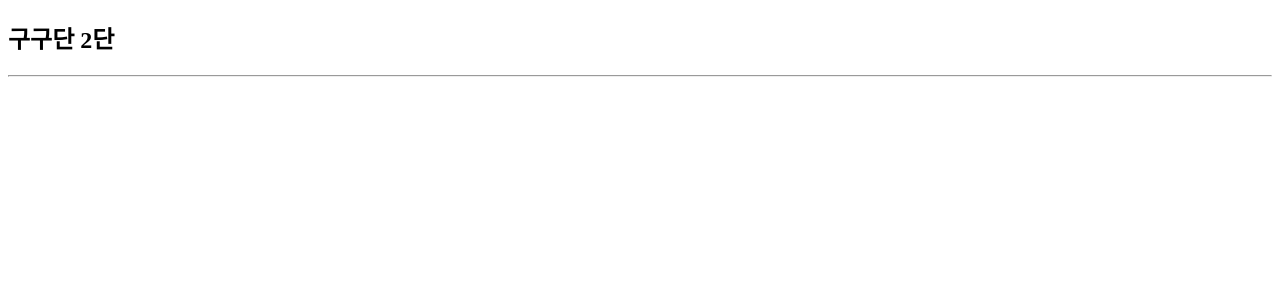
Repository: limbbbyoung/JSP_practice
Page: http://localhost/JSPbasic/jsptag/scriptlet.jsp
These files come from the project's save history. The page is drawn as it stood at one moment and after the next save; the edit follows.
The browser window is 1280 px wide. The pictures show the whole page.
The page is served by Tomcat 9.

Above is the page before, as saved 2022-03-22 11:21:45.

After the next save:
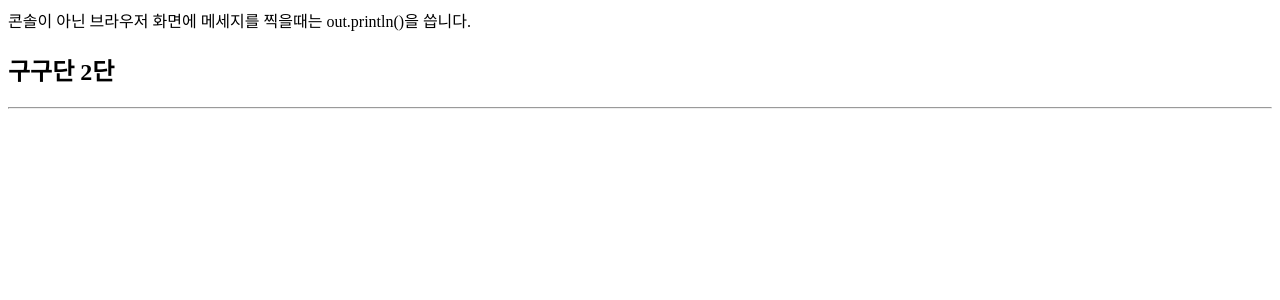
Saved 3 min 3 s later.
--- a/JSPbasic/src/main/webapp/jsptag/scriptlet.jsp
+++ b/JSPbasic/src/main/webapp/jsptag/scriptlet.jsp
@@ -7,7 +7,8 @@
 <title>Insert title here</title>
 </head>
 <body>
-     <% System.out.println("콘솔에 메세지를 찍을때는 System.out.println()을 씁니다."); %>
+     <% System.out.println("콘솔에 메세지를 찍을때는 System.out.println()을 씁니다.");
+     out.println("콘솔이 아닌 브라우저 화면에 메세지를 찍을때는 out.println()을 씁니다."); %>
      <h2>구구단 2단</h2><hr/>
 
 
